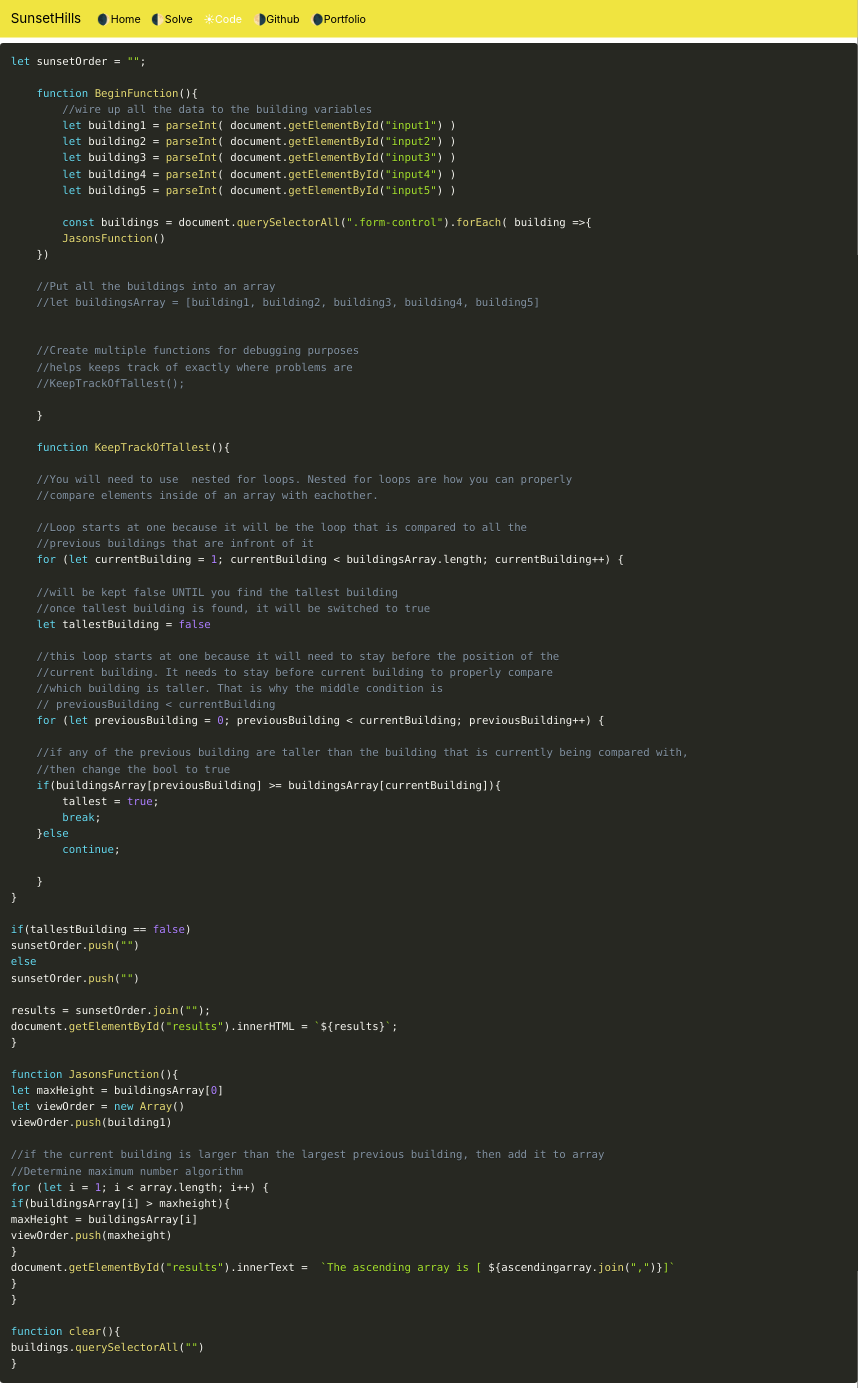
Repository: zhadjah9559/SunsetHills
Page: code.html
An editor plug-in stored every save of this project. The page is shown before and after the next save, followed by the edit.
The browser window is 1280 px wide. The pictures show the whole page, at 67% of full size.

Above is the page before, as saved 2021-01-14 17:20:22.

### code.html
<!doctype html>
<html lang="en">
  <head>
    <title>Title</title>
    <!-- Required meta tags -->
    <meta charset="utf-8">
    <meta name="viewport" content="width=device-width, initial-scale=1, shrink-to-fit=no">
    <meta http-equiv="X-UA-Compatible" content="ie=edge">
    <title>Fizz Buzz Coding Challenge (Implementing the Meta Strat</title>


    <!-- Bootstrap CSS -->
    <link rel="stylesheet" href="https://stackpath.bootstrapcdn.com/bootstrap/4.3.1/css/bootstrap.min.css" integrity="sha384-ggOyR0iXCbMQv3Xipma34MD+dH/1fQ784/j6cY/iJTQUOhcWr7x9JvoRxT2MZw1T" crossorigin="anonymous">
    <link rel="stylesheet" href="css/custom.css">
    <link rel="stylesheet" href="css/prism.css">

  </head>
  <body>
    <nav class="navbar navbar-expand-sm navbar-dark" style="background-color:  #F0E440;">
        <a class="navbar-brand" href="#">SunsetHills</a>
        <button class="navbar-toggler d-lg-none" type="button" data-toggle="collapse" data-target="#collapsibleNavId" aria-controls="collapsibleNavId"
            aria-expanded="false" aria-label="Toggle navigation"></button>
        <div class="collapse navbar-collapse" id="collapsibleNavId">
            <ul class="navbar-nav mr-auto mt-2 mt-lg-0">
                <li class="nav-item">
                    <a class="nav-link" href="index.html">🌒Home </a>
                </li>
                <li class="nav-item">
                    <a class="nav-link" href="solve.html">🌓Solve </a>
                </li>
                <li class="nav-item">
                    <a class="nav-link active" href="code.html">☀Code <span class="sr-only">(current)</span></a>
                </li>
                <li class="nav-item">
                    <a class="nav-link" target="_blank" href="https://github.com/zhadjah9559/SunsetHills">🌗Github</a>
                </li>
                <li class="nav-item">
                    <a class="nav-link" target="_blank" href="https://www.zacharyhadjah.netlify.app">🌘Portfolio</a>
                </li>
            </ul>
        </div>
    </nav>

    <pre class="language-javascript">
        <code class="line-numbers">
            let sunsetOrder = "";

    function BeginFunction(){
        //wire up all the data to the building variables
        let building1 = parseInt( document.getElementById("input1") )
        let building2 = parseInt( document.getElementById("input2") )
        let building3 = parseInt( document.getElementById("input3") )
        let building4 = parseInt( document.getElementById("input4") )
        let building5 = parseInt( document.getElementById("input5") )

        const buildings = document.querySelectorAll(".form-control").forEach( building =>{
        JasonsFunction()
    })

    //Put all the buildings into an array
    //let buildingsArray = [building1, building2, building3, building4, building5]


    //Create multiple functions for debugging purposes
    //helps keeps track of exactly where problems are
    //KeepTrackOfTallest();

    }

    function KeepTrackOfTallest(){

    //You will need to use  nested for loops. Nested for loops are how you can properly
    //compare elements inside of an array with eachother.

    //Loop starts at one because it will be the loop that is compared to all the
    //previous buildings that are infront of it
    for (let currentBuilding = 1; currentBuilding < buildingsArray.length; currentBuilding++) {

    //will be kept false UNTIL you find the tallest building
    //once tallest building is found, it will be switched to true
    let tallestBuilding = false

    //this loop starts at one because it will need to stay before the position of the
    //current building. It needs to stay before current building to properly compare
    //which building is taller. That is why the middle condition is
    // previousBuilding < currentBuilding
    for (let previousBuilding = 0; previousBuilding < currentBuilding; previousBuilding++) {

    //if any of the previous building are taller than the building that is currently being compared with,
    //then change the bool to true
    if(buildingsArray[previousBuilding] >= buildingsArray[currentBuilding]){
        tallest = true;
        break;
    }else
        continue;

    }
}

if(tallestBuilding == false)
sunsetOrder.push("")
else
sunsetOrder.push("")

results = sunsetOrder.join("");
document.getElementById("results").innerHTML = `${results}`;
}

function JasonsFunction(){
let maxHeight = buildingsArray[0]
let viewOrder = new Array()
viewOrder.push(building1)

//if the current building is larger than the largest previous building, then add it to array
//Determine maximum number algorithm
for (let i = 1; i < array.length; i++) {
if(buildingsArray[i] > maxheight){
maxHeight = buildingsArray[i]
viewOrder.push(maxheight)
}
document.getElementById("results").innerText =  `The ascending array is [ ${ascendingarray.join(",")}]`
}
}

function clear(){
buildings.querySelectorAll("")
}
        </code>
    </pre>

    <!-- Optional JavaScript -->
    <!-- jQuery first, then Popper.js, then Bootstrap JS -->
    <script src="https://code.jquery.com/jquery-3.3.1.slim.min.js" integrity="sha384-q8i/X+965DzO0rT7abK41JStQIAqVgRVzpbzo5smXKp4YfRvH+8abtTE1Pi6jizo" crossorigin="anonymous"></script>
    <script src="https://cdnjs.cloudflare.com/ajax/libs/popper.js/1.14.7/umd/popper.min.js" integrity="sha384-UO2eT0CpHqdSJQ6hJty5KVphtPhzWj9WO1clHTMGa3JDZwrnQq4sF86dIHNDz0W1" crossorigin="anonymous"></script>
    <script src="https://stackpath.bootstrapcdn.com/bootstrap/4.3.1/js/bootstrap.min.js" integrity="sha384-JjSmVgyd0p3pXB1rRibZUAYoIIy6OrQ6VrjIEaFf/nJGzIxFDsf4x0xIM+B07jRM" crossorigin="anonymous"></script>
    <script src="js/custom.js"></script>
    <script src="js/prism.js"></script>

  </body>
</html>

### css/custom.css
.navbar-dark .navbar-nav .active>.nav-link{
    color:black;
}
.navbar-dark .navbar-nav .nav-link{
    color:black;
}
.navbar .navbar-brand{
    color:black;
}

.container {
    width:960px;
    height:640px;
    position:absolute;
    top:50%;
    left:50%;
    margin-top:-320px;
    margin-left:-480px;
}

### css/prism.css
/* PrismJS 1.23.0
https://prismjs.com/download.html#themes=prism-okaidia&languages=markup+css+clike+javascript&plugins=normalize-whitespace */
/**
 * okaidia theme for JavaScript, CSS and HTML
 * Loosely based on Monokai textmate theme by http://www.monokai.nl/
 * @author ocodia
 */

code[class*="language-"],
pre[class*="language-"] {
	color: #f8f8f2;
	background: none;
	text-shadow: 0 1px rgba(0, 0, 0, 0.3);
	font-family: Consolas, Monaco, 'Andale Mono', 'Ubuntu Mono', monospace;
	font-size: 1em;
	text-align: left;
	white-space: pre;
	word-spacing: normal;
	word-break: normal;
	word-wrap: normal;
	line-height: 1.5;

	-moz-tab-size: 4;
	-o-tab-size: 4;
	tab-size: 4;

	-webkit-hyphens: none;
	-moz-hyphens: none;
	-ms-hyphens: none;
	hyphens: none;
}

/* Code blocks */
pre[class*="language-"] {
	padding: 1em;
	margin: .5em 0;
	overflow: auto;
	border-radius: 0.3em;
}

:not(pre) > code[class*="language-"],
pre[class*="language-"] {
	background: #272822;
}

/* Inline code */
:not(pre) > code[class*="language-"] {
	padding: .1em;
	border-radius: .3em;
	white-space: normal;
}

.token.comment,
.token.prolog,
.token.doctype,
.token.cdata {
	color: #8292a2;
}

.token.punctuation {
	color: #f8f8f2;
}

.token.namespace {
	opacity: .7;
}

.token.property,
.token.tag,
.token.constant,
.token.symbol,
.token.deleted {
	color: #f92672;
}

.token.boolean,
.token.number {
	color: #ae81ff;
}

.token.selector,
.token.attr-name,
.token.string,
.token.char,
.token.builtin,
.token.inserted {
	color: #a6e22e;
}

.token.operator,
.token.entity,
.token.url,
.language-css .token.string,
.style .token.string,
.token.variable {
	color: #f8f8f2;
}

.token.atrule,
.token.attr-value,
.token.function,
.token.class-name {
	color: #e6db74;
}

.token.keyword {
	color: #66d9ef;
}

.token.regex,
.token.important {
	color: #fd971f;
}

.token.important,
.token.bold {
	font-weight: bold;
}
.token.italic {
	font-style: italic;
}

.token.entity {
	cursor: help;
}

### js/custom.js
let sunsetOrder = "";

function BeginFunction(){
    //wire up all the data to the building variables
    let building1 = parseInt( document.getElementById("input1") )
    let building2 = parseInt( document.getElementById("input2") )
    let building3 = parseInt( document.getElementById("input3") )
    let building4 = parseInt( document.getElementById("input4") )
    let building5 = parseInt( document.getElementById("input5") )

    const buildings = document.querySelectorAll(".form-control").forEach( building =>{
        JasonsFunction()
    })

     //Put all the buildings into an array
     //let buildingsArray = [building1, building2, building3, building4, building5]


    //Create multiple functions for debugging purposes
    //helps keeps track of exactly where problems are
    //KeepTrackOfTallest();

}

function KeepTrackOfTallest(){


    //You will need to use  nested for loops. Nested for loops are how you can properly
    //compare elements inside of an array with eachother.

    //Loop starts at one because it will be the loop that is compared to all the
    //previous buildings that are infront of it
    for (let currentBuilding = 1; currentBuilding < buildingsArray.length; currentBuilding++) {

        //will be kept false UNTIL you find the tallest building
        //once tallest building is found, it will be switched to true
        let tallestBuilding = false

        //this loop starts at one because it will need to stay before the position of the
        //current building. It needs to stay before current building to properly compare
        //which building is taller. That is why the middle condition is
        // previousBuilding < currentBuilding
        for (let previousBuilding = 0; previousBuilding < currentBuilding; previousBuilding++) {

            //if any of the previous building are taller than the building that is currently being compared with,
            //then change the bool to true
            if(buildingsArray[previousBuilding] >= buildingsArray[currentBuilding]){
                tallest = true;
                break;
            }else
                continue;

        }
    }

    if(tallestBuilding == false)
        sunsetOrder.push("")
    else
        sunsetOrder.push("")

    results = sunsetOrder.join("");
    document.getElementById("results").innerHTML = `${results}`;
}

function JasonsFunction(){
    let maxHeight = buildingsArray[0]
    let viewOrder = new Array()
    viewOrder.push(building1)

    //if the current building is larger than the largest previous building, then add it to array
    //Determine maximum number algorithm
    for (let i = 1; i < array.length; i++) {
        if(buildingsArray[i] > maxheight){
            maxHeight = buildingsArray[i]
            viewOrder.push(maxheight)
        }
        document.getElementById("results").innerText =  `The ascending array is [ ${ascendingarray.join(",")}]`
    }
}

function clear(){
    buildings.querySelectorAll("")
}

Loaded but not shown: js/prism.js (library)

After the next save:
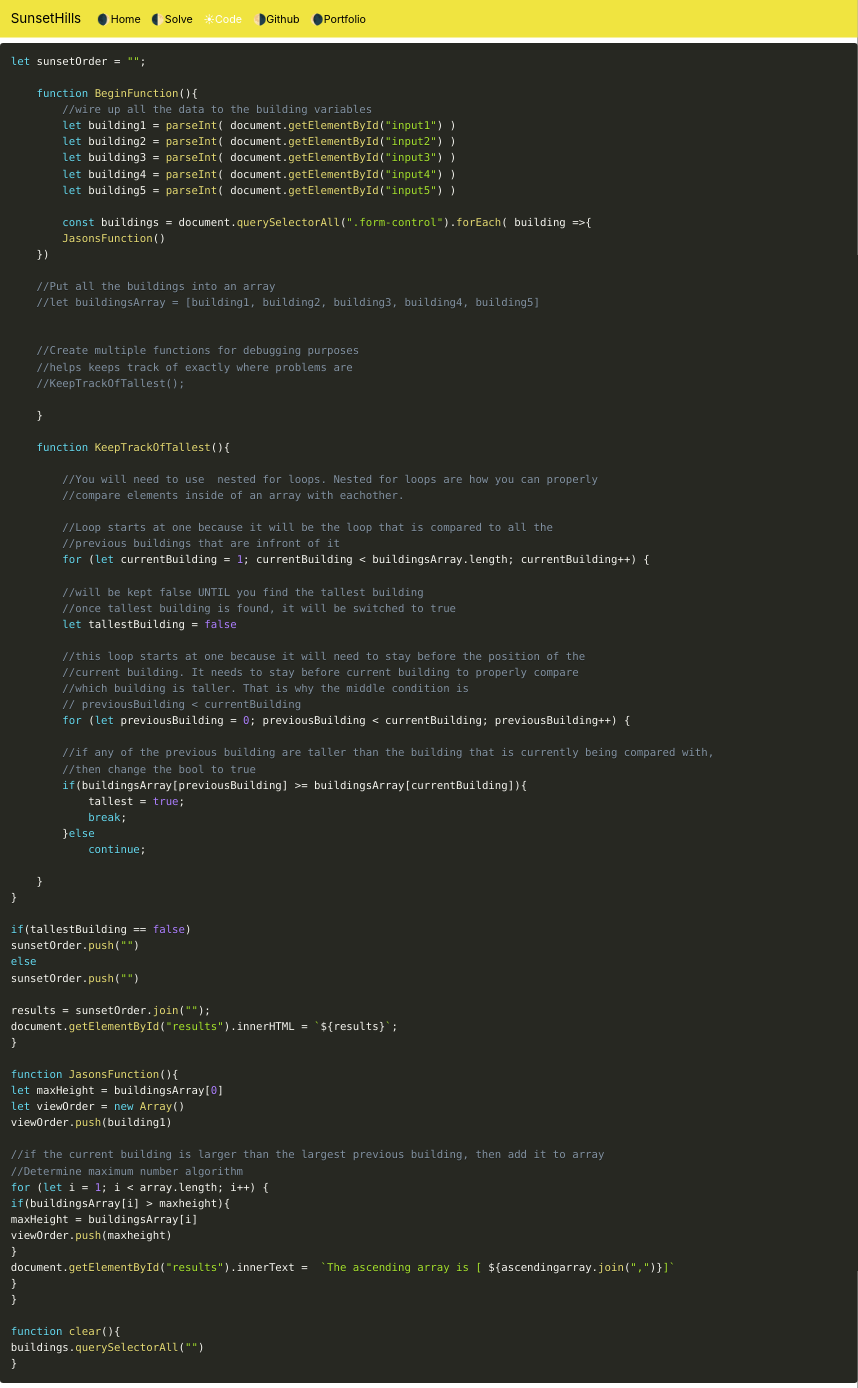
Saved 9 s later.
--- a/code.html
+++ b/code.html
@@ -69,30 +69,30 @@
 
     function KeepTrackOfTallest(){
 
-    //You will need to use  nested for loops. Nested for loops are how you can properly
-    //compare elements inside of an array with eachother.
+        //You will need to use  nested for loops. Nested for loops are how you can properly
+        //compare elements inside of an array with eachother.
 
-    //Loop starts at one because it will be the loop that is compared to all the
-    //previous buildings that are infront of it
-    for (let currentBuilding = 1; currentBuilding < buildingsArray.length; currentBuilding++) {
+        //Loop starts at one because it will be the loop that is compared to all the
+        //previous buildings that are infront of it
+        for (let currentBuilding = 1; currentBuilding < buildingsArray.length; currentBuilding++) {
 
-    //will be kept false UNTIL you find the tallest building
-    //once tallest building is found, it will be switched to true
-    let tallestBuilding = false
+        //will be kept false UNTIL you find the tallest building
+        //once tallest building is found, it will be switched to true
+        let tallestBuilding = false
 
-    //this loop starts at one because it will need to stay before the position of the
-    //current building. It needs to stay before current building to properly compare
-    //which building is taller. That is why the middle condition is
-    // previousBuilding < currentBuilding
-    for (let previousBuilding = 0; previousBuilding < currentBuilding; previousBuilding++) {
+        //this loop starts at one because it will need to stay before the position of the
+        //current building. It needs to stay before current building to properly compare
+        //which building is taller. That is why the middle condition is
+        // previousBuilding < currentBuilding
+        for (let previousBuilding = 0; previousBuilding < currentBuilding; previousBuilding++) {
 
-    //if any of the previous building are taller than the building that is currently being compared with,
-    //then change the bool to true
-    if(buildingsArray[previousBuilding] >= buildingsArray[currentBuilding]){
-        tallest = true;
-        break;
-    }else
-        continue;
+        //if any of the previous building are taller than the building that is currently being compared with,
+        //then change the bool to true
+        if(buildingsArray[previousBuilding] >= buildingsArray[currentBuilding]){
+            tallest = true;
+            break;
+        }else
+            continue;
 
     }
 }
